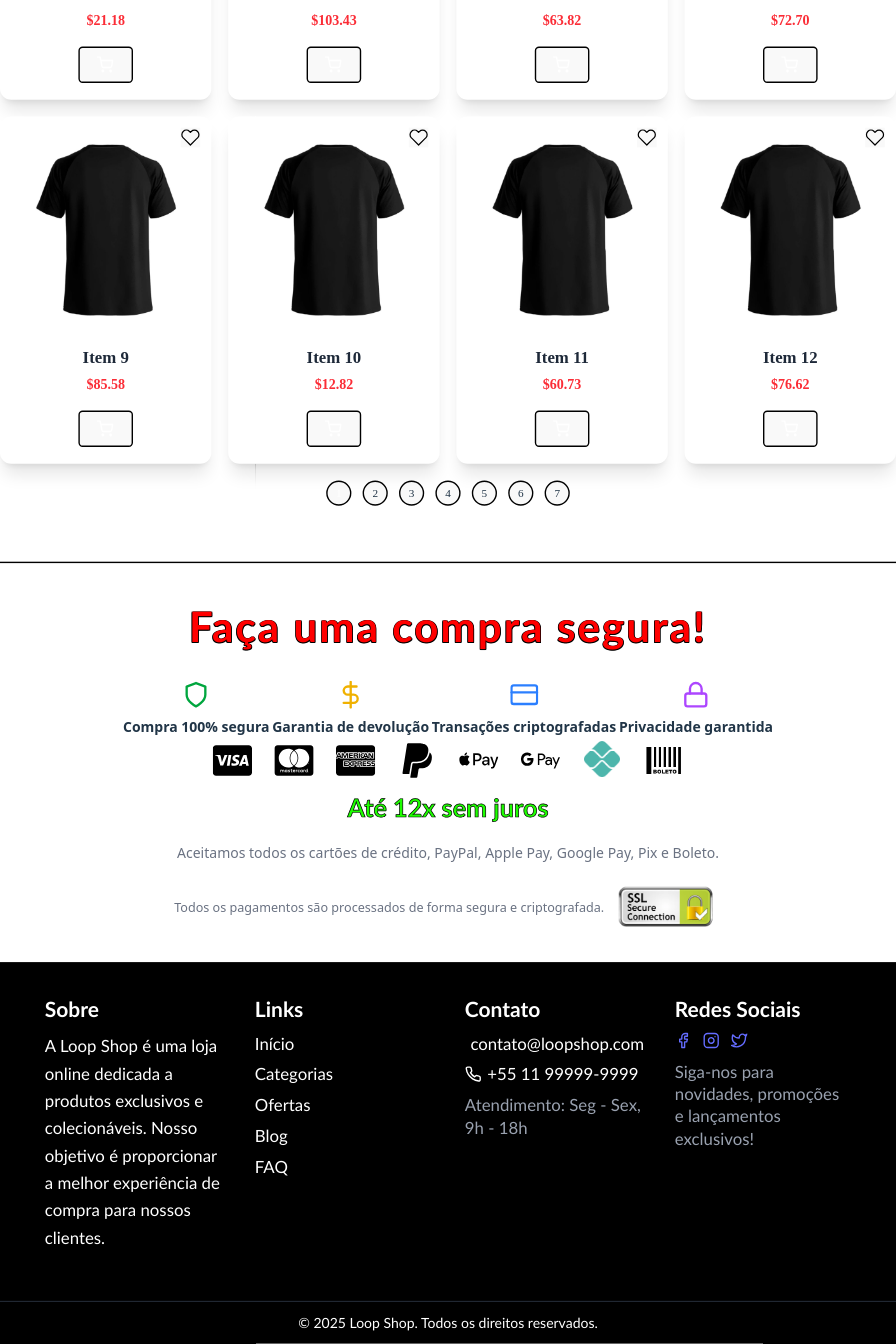
Repository: Kevin-Pro-Codes/looping-e-commerce
Page: / (app in loop-client/)
An editor plug-in stored every save of this project. The page is shown before and after the next save, followed by the edit.
The browser window is 1280 px wide. The pictures show the part of the page from y = 1388 to 3308 px (the page is 3308 px tall before and 3304 px after), at 70% of full size.
The project was rebuilt for these pictures with package versions that can differ from the ones it lists, and the page was loaded fresh each time. Also part of the build but not shown: loop-client/vite.config.js.

Above is the page before, as saved 2025-10-02 19:10:09.

After the next save:
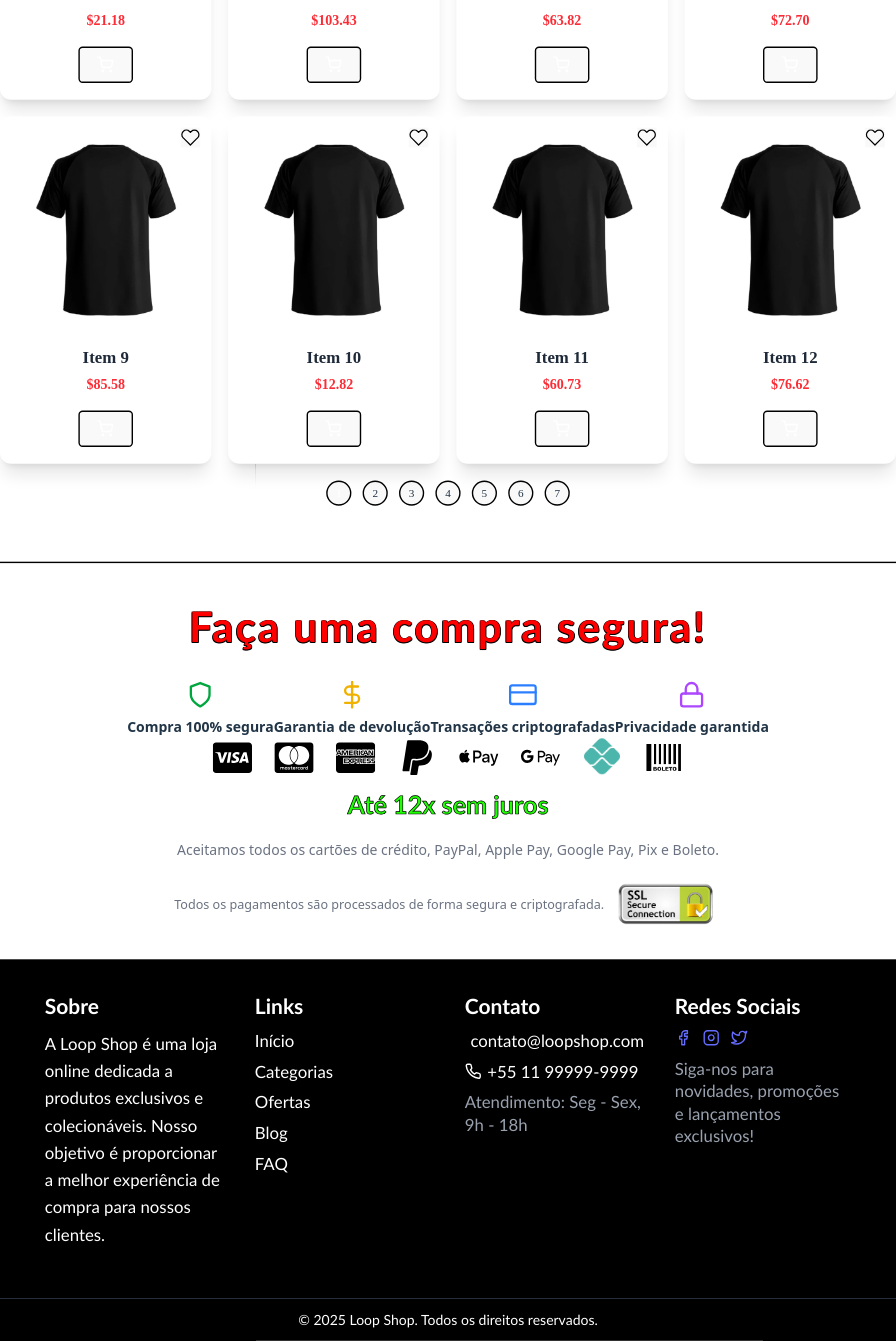
Saved 20 s later.
--- a/loop-client/src/components/Pagamento.jsx
+++ b/loop-client/src/components/Pagamento.jsx
@@ -41,7 +41,7 @@
 
 
         {/* Selos de segurança */}
-        <div className="flex flex-col md:flex-row items-center justify-center gap-1 mb-1 text-center">
+        <div className="flex flex-col md:flex-row items-center justify-center  text-center">
           <div className="flex flex-col items-center gap-3">
             <FiShield size={40} className="text-green-600" />
             <p className="text-xl font-semibold">Compra 100% segura</p>

After the save that followed:
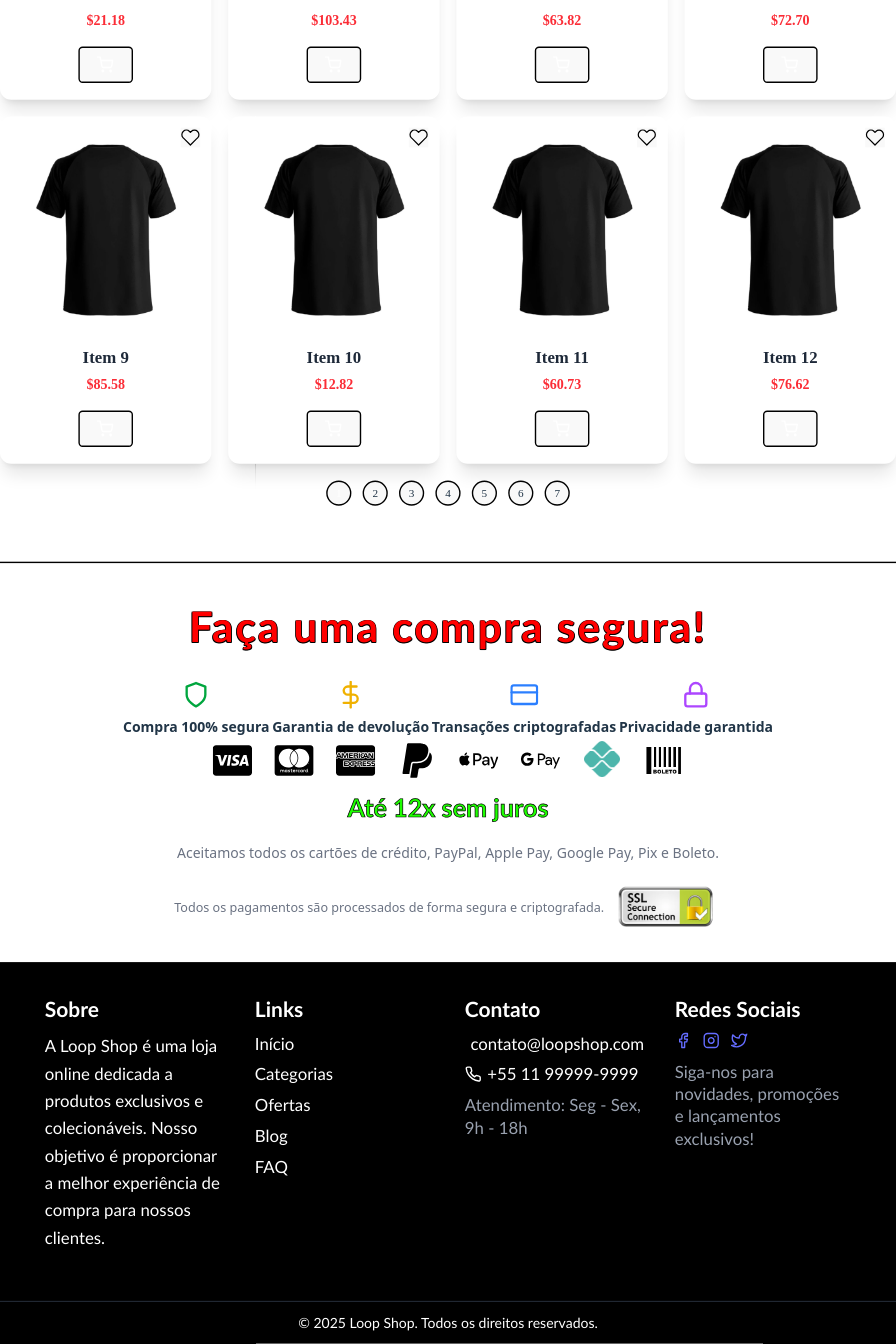
Saved 6 s later.
--- a/loop-client/src/components/Pagamento.jsx
+++ b/loop-client/src/components/Pagamento.jsx
@@ -41,7 +41,7 @@
 
 
         {/* Selos de segurança */}
-        <div className="flex flex-col md:flex-row items-center justify-center  text-center">
+        <div className="flex flex-col md:flex-row items-center justify-center gap-1 mb-1 text-center">
           <div className="flex flex-col items-center gap-3">
             <FiShield size={40} className="text-green-600" />
             <p className="text-xl font-semibold">Compra 100% segura</p>
